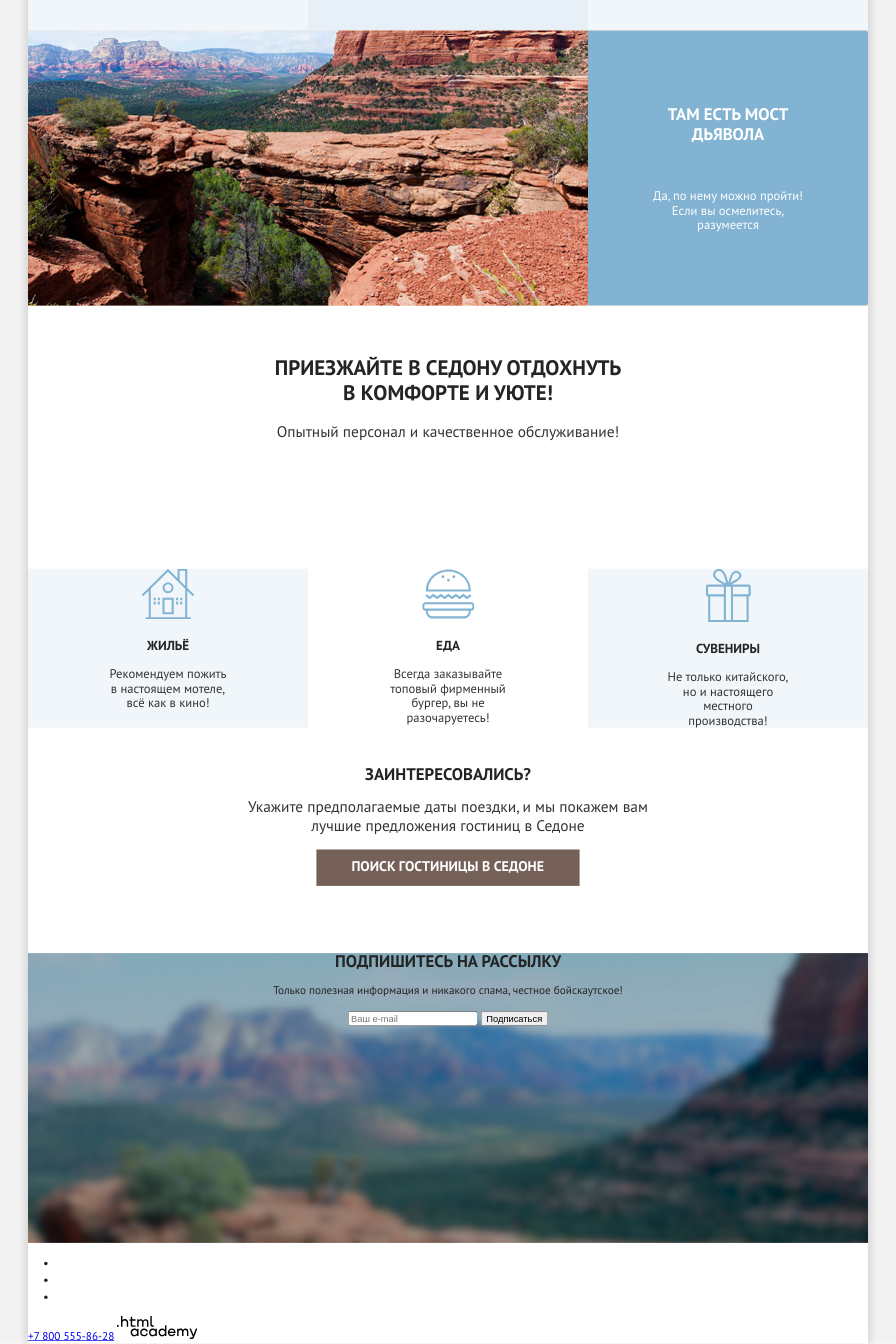
Repository: zakhgagne/2512253-sedona-1
Page: index.html
An editor plug-in stored every save of this project. The page is shown before and after the next save, followed by the edit.
The browser window is 1280 px wide. The pictures show the part of the page from y = 1551 to 3471 px (the page is 3471 px tall), at 70% of full size.

Above is the page before, as saved 2024-05-11 20:05:44.

### index.html
<!DOCTYPE html>
<html lang="ru">

  <head>
    <meta charset="utf-8">
    <title>Сайт города Седона</title>
    <link rel="stylesheet" href="styles/styles.css">
  </head>

  <body>
    <div class="container">
      <header class="header">
        <a class="logo-link" href="#">
          <img class="logo-image" src="./images/logo.svg" alt="Любимая Седона" width="" height="">
        </a>
        <nav class="navigation">
          <ul class="main-menu">
            <li class="menu-item">
              <a href="./index.html" class="menu-link">Главная</a>
            </li>
            <li class="menu-item">
              <a href="#" class="menu-link">О Седоне</a>
            </li>
            <li class="menu-item">
              <a href="./catalog.html" class="menu-link">Гостиницы</a>
            </li>
          </ul>
          <ul class="user-menu">
            <li class="user-menu-item">
              <a href="#" class="user-menu-link">
                <span class="visually-hidden">Поиск</span>
              </a>
            </li>
            <li class="user-menu-item">
              <a href="#" class="user-menu-link">
                <span class="visually-hidden">Избранное</span>
                <span class="like-number">12</span>
              </a>
            </li>
            <li class="user-menu-item">
              <a href="#" class="user-menu-link">Хочу сюда!</a>
            </li>
          </ul>
        </nav>
      </header>
      <main class="main-container">
        <h1 class="visually-hidden">Cайт города Седона</h1>
        <section class="welcome">
          <h2 class="visually-hidden">Приглашение</h2>
          <img src="./images/welcome.svg" class="welcome-image" width="" height="" alt="Welcome">
        </section>

        <section class="city">
          <h2 class="city-title">Седона — небольшой городок в Аризоне, заслуживающий большего!</h2>
          <p class="city-subtitle">Рассмотрим причины, по которым Седона круче, чем Гранд-Каньон!</p>

          <ul class="reason-list">
            <li class="reason-item reason-item-special">
              <div class="reason-container">
                <h3 class="reason-title">Настоящий городок</h3>
                <p class="reason-text">Седона — не аттракцион для туристов, там течёт своя жизнь</p>
              </div>
              <img src="./images/photo-1.jpg" class="reason-image" width="" height="">
            </li>
            <li class="reason-item">
              <div class="reason-container">
                <h3 class="reason-title">Небольшая площадь</h3>
                <p class="reason-text">Все достопримечательности находятся очень близко</p>
              </div>
            </li>
            <li class="reason-item">
              <div class="reason-container">
                <h3 class="reason-title">Красивая дорога</h3>
                <p class="reason-text">Ехать в Седону из Лас-Вегаса совсем не скучно!</p>
              </div>
            </li>
            <li class="reason-item">
              <div class="reason-container">
                <h3 class="reason-title">Мало туристов</h3>
                <p class="reason-text">Большинство едет в Гранд Каньон и толпится там</p>
              </div>
            </li>
            <li class="reason-item reason-item-special">
              <img src="./images/photo-2.jpg" class="reason-image" width="" height="">
              <div class="reason-container">
                <h3 class="reason-title">Там есть мост дьявола</h3>
                <p class="reason-text">Да, по нему можно пройти! Если вы осмелитесь, разумеется</p>
              </div>
            </li>
          </ul>
        </section>

        <section class="city-welcome">
          <h2 class="desription">Приезжайте в Седону отдохнуть в комфорте и уюте!</h2>
          <p class="simple-text">Опытный персонал и качественное обслуживание!</p>
          <div class="container-city-welcome">
            <ul class="comfort-list">
              <li class="comfort-item">
                <img src="./images/advantage-icon-home.svg" class="reason-image" width="" height="">
                <h3 class="comfort-title">Жильё</h3>
                <p class="comfort-text">Рекомендуем пожить в настоящем мотеле, всё как в кино!</p>
              </li>
              <li class="comfort-item">
                <img src="./images/advantage-icon-food.svg" class="reason-image" width="" height="">
                <h3 class="comfort-title">Еда</h3>
                <p class="comfort-text">Всегда заказывайте топовый фирменный бургер, вы не разочаруетесь!</p>
              </li>
              <li class="comfort-item">
                <img src="./images/advantage-icon-gift.svg" class="reason-image" width="" height="">
                <h3 class="comfort-title">Сувениры</h3>
                <p class="comfort-text">Не только китайского, но и настоящего местного производства!</p>
              </li>
            </ul>
          </div>
        </section>

        <section class="interest">
          <h2 class="desription">Заинтересовались?</h2>
          <p class="simple-text-interest">Укажите предполагаемые даты поездки, и мы покажем вам лучшие предложения гостиниц в
            Седоне</p>
            <div class="container-button">
          <a href="#" class="button-search-motel">ПОИСК ГОСТИНИЦЫ В седоне</a>
          </div>
        </section>

      </main>

      <footer>
        <section class="news-letter">
           <div class="container-letter">
          <h2 class="desription">Подпишитесь на рассылку</h2>
          <p class="simple-text-footer">Только полезная информация и никакого спама, честное бойскаутское!</p>
          </div>
          <form class="subscribe-form" action="https://echo.htmlacademy.ru/" method="post">
            <input class="field" placeholder="Ваш e-mail" type="email" name="distribution-email" required>
            <button class="subscribe-form-button" type="submit">Подписаться</button>
          </form>
        </section>
        <div class="footer-container">
          <section class="contacts">
            <h2 class="visually-hidden">Контакты</h2>
            <ul class="contact-list">
              <li class="contact-list-item">
                <a href="#" class="contact-list-link">
                  <p class="visually-hidden">Вконтакте</p>
                </a>
              </li>
              <li class="contact-list-item">
                <a href="#" class="contact-list-link">
                  <p class="visually-hidden">Телеграм</p>
                </a>
              </li>
              <li class="contact-list-item">
                <a href="#" class="contact-list-link">
                  <p class="visually-hidden">Ютуб</p>
                </a>
              </li>
            </ul>
            <a class="footer-contacts-address-phone" href="tel:+78005558628">+7 800 555-86-28</a>
            <a class="htmlacademy-link" href="https://htmlacademy.ru/">
              <img src="./images/logo-academy.svg" width="" height="" alt="Академия">
            </a>
          </section>
        </div>
      </footer>
    </div>
  </body>

</html>

### styles/styles.css
@font-face {
  font-family: "PT Sans";
  font-style: normal;
  font-weight: 400;
  src: url("../fonts/ptsans-400.woff2") format("woff2");
  font-display: swap;
}

@font-face {
  font-family: "PT Sans";
  font-style: normal;
  font-weight: 700;
  src: url("../fonts/ptsans-700.woff2") format("woff2");
  font-display: swap;
}


body {
  margin: 0;
  font-family: "PT Sans", "Arial", sans-serif;
  font-size: 16px;
  line-height: 24px;
  color: #242424;
  background-color: #f2f2f2;
}

.visually-hidden {
  display: none;
}

.container {
  width: 1200px;
  margin: 0 auto;
  background-color: #ffffff;
  box-shadow: 0 0 15px rgba(0, 0, 0, 0.2);
}

.header {
  background-color: #ffffff;
  position: relative;
  padding: 0 68px 0 238px;
}

.logo-link {
  position: absolute;
  top: 0;
  left: 70px;
}

.logo-image {}

.navigation {
  display: flex;
  justify-content: space-between;
}

.main-menu {
  padding: 0;
  margin: 0;
  list-style: none;
  display: flex;
  width: 500px;
  flex-wrap: wrap;
}

.menu-item {}

.menu-link {
  font-size: 20px;
  font-weight: 700;
  line-height: 24px;
  color: #000000;
  text-decoration: none;
  display: block;
  padding: 20px 16px;

}

.menu-item:nth-child(1) {
  /* background-color: red; */
}

.menu-item:nth-child(2) {
  /* background-color: blue; */
}

.menu-item:nth-child(3) {
  /* background-color: red; */
}

.user-menu {
  padding: 0;
  margin: 0;
  list-style: none;
  display: flex;
}

.welcome {
  background-color: #aec5d1;
  background-image: url("../images/white-crown.svg"), url("../images/index-background.jpg");
  background-repeat: no-repeat;
  background-position: center bottom, center top;
  background-size: 1200px 57px, cover;
  padding-top: 51px;
  padding-bottom: 82px;
  min-height: 352px;
}

.welcome-image {
  display: block;
  margin: 0 auto;
}

.city {
  text-align: center;
  padding-top: 70px;
}

.city-title {
  padding: 0;
  margin: 0 auto 24px;
  font-size: 30px;
  font-weight: 700;
  line-height: 36px;
  text-transform: uppercase;
  width: 750px;

}

.city-subtitle {
  padding: 1px;
  margin: 0 auto 87px;
  font-size: 22px;
  font-weight: 400;
  line-height: 26px;
  width: 750px;
}

.reason-list {
  display: flex;
  justify-content: space-between;
  text-align: center;
  padding: 0;
  margin: 0;
  list-style: none;
  flex-wrap: wrap;
}

.reason-item {
  display: flex;
  background-color: bisque;
}

.reason-container {
  width: 400px;
  padding-top: 106px;
  padding-bottom: 105px;
}

.reason-title {
  margin: 0 auto 63px;
  padding: 0;
  font-size: 24px;
  font-weight: 700;
  line-height: 28px;
  width: 175px;
  text-transform: uppercase;

}

.reason-text {
  padding: 0;
  margin: 0 auto;
  font-size: 18px;
  font-weight: 400;
  line-height: 21px;
  width: 231px;
}

.reason-item:nth-child(2n) {
  background-color: #f0f6fa;
}

.reason-item:nth-child(3n) {
  background-color: #e6f0f6;
}

.reason-item-special .reason-container {
  background-color: #82B3D3;
  border-radius: 0px 4px 4px 0px;
  color: #FFFFFF;

}

.comfort-list {
  display: flex;
  justify-content: space-between;
  text-align: center;
  padding: 0;
  margin: 0;
  list-style: none;
}

.comfort-item {
  width: 400px;
}

.comfort-item:nth-child(even) {
  background-color: #ffffff;
}

.comfort-item:nth-child(odd) {
  background-color: #f0f6fa;
}

.interest {
  text-align: center;
  margin: 54px auto;
  height: 214px;
  width: 592px;
}

.desription {
  padding: 0;
  margin: 0;
  text-transform: uppercase;
}

.footer-container {
  display: flex;
  margin: 0 auto;
}


.news-letter {
  background-image: url("../images/subscribe.jpg");
  background-repeat: no-repeat;
  min-height: 414px;
  text-align: center;

  /*width: 684px;*/
}

.city-welcome {
  text-align: center;
  padding-top: 70px;
}

.city-welcome .desription {
  padding: 0;
  margin: 0 auto 24px;
  font-size: 30px;
  font-weight: 700;
  line-height: 36px;
  text-transform: uppercase;
  width: 500px;
}

.simple-text {

  padding: 0;
  margin: 0 auto;
  width: 490px;
  height: 70px;

  /* Texts/Text basic */
  font-weight: 400;
  font-size: 22px;
  line-height: 26px;
  /* identical to box height, or 118% */
  /* Texts/second */
  color: #333333;
}

.container-city-welcome {

  text-align: center;
  padding-top: 140px;
}

.comfort-text {
  font-weight: 400;
  font-size: 18px;
  line-height: 21px;
  color: #333333;
  flex: none;
  order: 2;
  align-self: stretch;
  flex-grow: 0;
  width: 175px;
  margin: 0 auto;
  padding: 0;
}

.comfort-title {
  text-transform: uppercase;
}



/* Укажите предполагаемые даты поездки, и мы покажем вам лучшие предложения гостиниц в Седоне */
.simple-text-interest {
  width: 592px;
  height: 52px;
  /* Texts/Text basic */
  font-family: 'PT Sans';
  font-style: normal;
  font-weight: 400;
  font-size: 22px;
  line-height: 26px;
  /* or 118% */
  text-align: center;

  /* Texts/second */
  color: #333333;

  /* Inside auto layout */
  flex: none;
  order: 1;
  flex-grow: 0;
}

.container-button {
  /* Кнопка */
  width: 376px;
  height: 52px;
  color: #FFFFFF;
  /* Inside auto layout */
  flex: none;
  order: 1;
  flex-grow: 0;
  margin: 0 auto 0;
  padding: 0;
  padding-top: 10;
  background-color: #756157;

}

.button-search-motel {
  margin: auto;
  padding-top: 5px;
  width: 276px;
  height: 36px;

  /* Buttons/Button big */
  font-family: 'PT Sans';
  font-style: normal;
  font-weight: 700;
  font-size: 20px;
  line-height: 36px;
  /* identical to box height, or 180% */
  display: flex;
  align-items: center;
  text-align: center;
  text-transform: uppercase;
  text-decoration: none;
  /* Texts/background/deafault */
  color: #FFFFFF;


  /* Inside auto layout */
  flex: none;
  order: 0;
  flex-grow: 0;
}

After the next save:
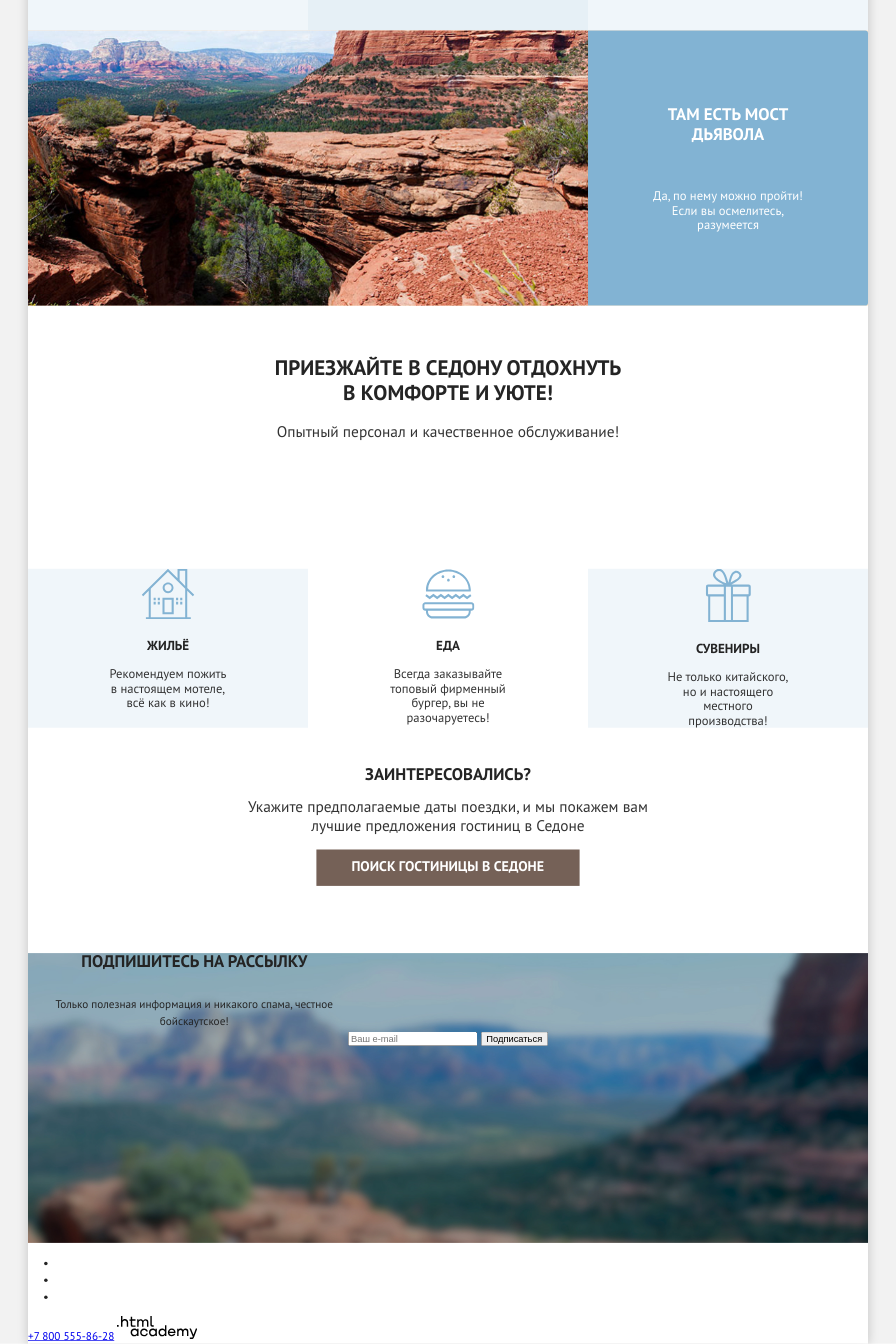
Saved 49 s later.
--- a/styles/styles.css
+++ b/styles/styles.css
@@ -363,3 +363,23 @@ body {
   order: 0;
   flex-grow: 0;
 }
+.container-letter {
+/* Frame 29 */
+
+  /* Auto layout */
+  display: flex;
+  flex-direction: column;
+  align-items: center;
+  padding: 0px;
+  gap: 20px;
+
+  width: 475px;
+  height: 108.86px;
+
+
+  /* Inside auto layout */
+  flex: none;
+  order: 0;
+  flex-grow: 0;
+
+}
